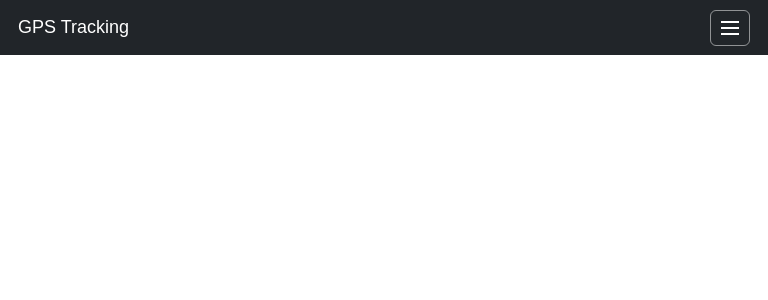
Repository: ammarsetiawan/gps-traker
Page: about.html
The author's editor kept a copy of each file at every save. The page is drawn from the files as they stood at one save, then again after a run of saves.
The browser window is 768 px wide. The pictures show the whole page.

Above is the page before, as saved 2025-11-25 16:45:09.

After the next 6 saves:
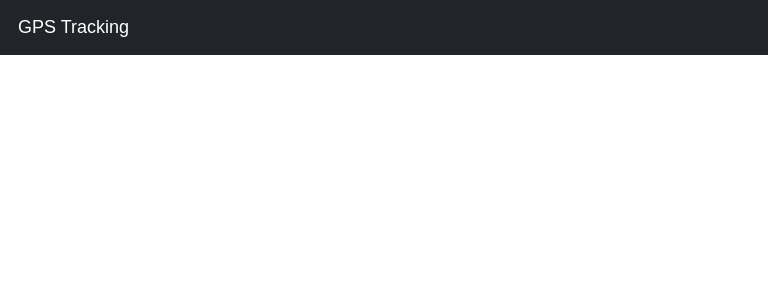
The 6 saves are shown as one change because they came seconds apart.
The last was saved 35 s later.
--- a/about.html
+++ b/about.html
@@ -90,6 +90,7 @@
 
         #menuBtn {
             display: block;
+            opacity: 0;
         }
     }
 

After the save that followed:
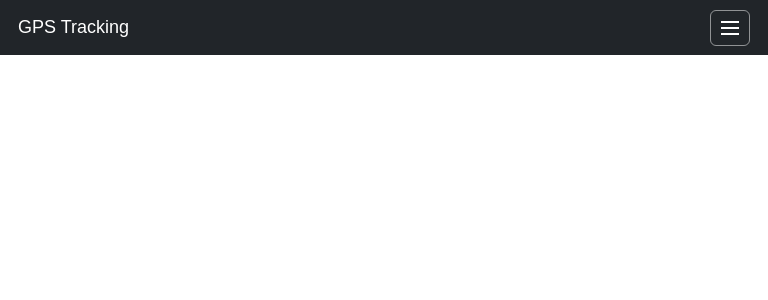
Saved 6 s later.
--- a/about.html
+++ b/about.html
@@ -90,7 +90,7 @@
 
         #menuBtn {
             display: block;
-            opacity: 0;
+
         }
     }
 
